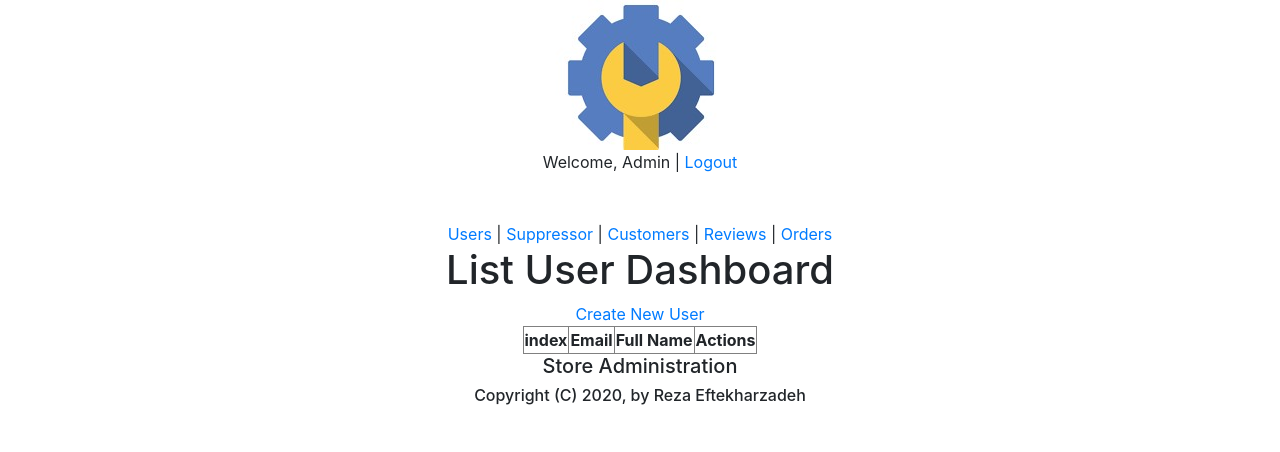
Repository: RezaEftekharzadeh/frey
Page: http://localhost/SilencerStoreProject/admin/user_list.jsp
The author's editor kept a copy of each file at every save. The page is drawn from the files as they stood at one save, then again after the next save.
The browser window is 1280 px wide. The pictures show the whole page.
The page is served by Tomcat 9. Nobody is signed in. The application's start-up code is not run. Other server files are loaded and not shown.

Above is the page before, as saved 2020-07-17 11:47:41.

### SilencerStoreProject/WebContent/admin/user_list.jsp
<%@ page language="java" contentType="text/html; charset=ISO-8859-1"
    pageEncoding="ISO-8859-1"%>
    <%@ taglib prefix="c" uri="http://java.sun.com/jsp/jstl/core" %>
<!DOCTYPE html>
<html>
<head>
 <link rel="stylesheet" href="https://stackpath.bootstrapcdn.com/bootstrap/4.3.1/css/bootstrap.min.css" integrity="sha384-ggOyR0iXCbMQv3Xipma34MD+dH/1fQ784/j6cY/iJTQUOhcWr7x9JvoRxT2MZw1T" crossorigin="anonymous">
<meta charset="ISO-8859-1">
<title>List Users page</title>
</head>
<body>
	<jsp:include page="header.jsp" />
	<div align="center">
	     <h1>List User Dashboard</h1>
	     <a href="create">Create New User</a>
    </div>

	<div align="center">
		<table border="1">
			<tr>
				<th>index</th>
				<th>Email</th>
				<th>Full Name</th>
				<th>Actions

				</th>
			</tr>
			<c:forEach var="user" items="${listUser}" varStatus="status">
				<tr>
					<td>${status.index+1}</td>
					<td>${user.email}</td>
					<td>${user.fullName}</td>
					<td>
						<a href="">Edith</a>
						<a href="">Delete</a>
					</td>


				</tr>

			</c:forEach>

		</table>

	</div>

     <jsp:include page="footer.jsp" />
</body>
</html>

### SilencerStoreProject/WebContent/admin/header.jsp
<div align="center">

	<div >
		 <img src="../images/admin-page.jpg">
	</div>

	<div >
	  Welcome, Admin | <a href="logout">Logout</a>
	</div>
	<br><br>

	<div>
		<a href="list_users">Users</a> |
		<a href="suppressor">Suppressor</a> |
		<a href="customers">Customers</a> |
		<a href="reviews">Reviews</a> |
		<a href="orders">Orders</a>
	</div>
</div>

### SilencerStoreProject/WebContent/admin/footer.jsp

<div align="center">

 <h5>Store Administration</h5>
 <h6> Copyright (C) 2020, by Reza Eftekharzadeh</h6>



</div>

After the next save:
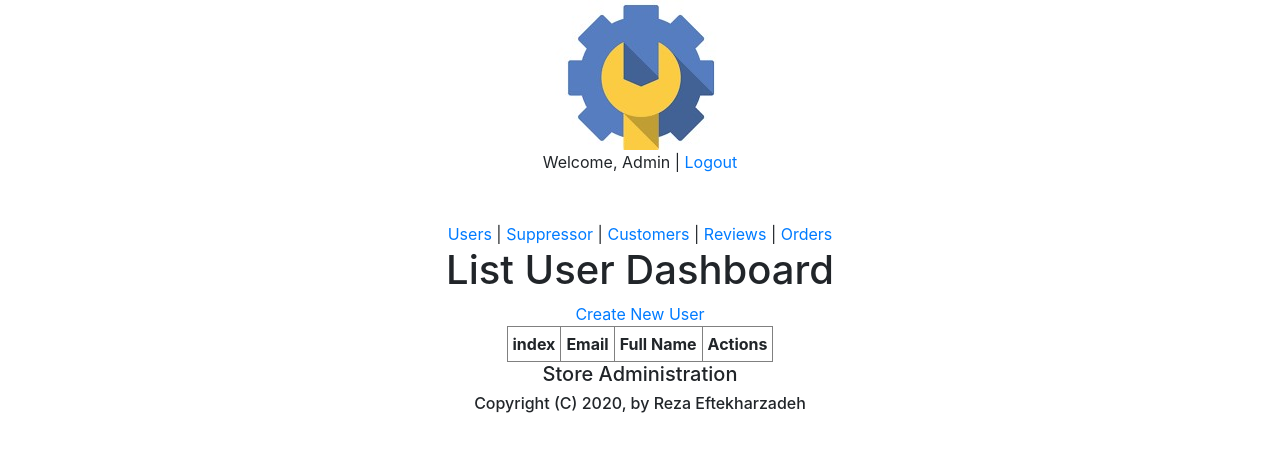
Saved 2 min 42 s later.
--- a/SilencerStoreProject/WebContent/admin/user_list.jsp
+++ b/SilencerStoreProject/WebContent/admin/user_list.jsp
@@ -16,7 +16,7 @@
     </div>
 
 	<div align="center">
-		<table border="1">
+		<table border="1" cellPadding="5">
 			<tr>
 				<th>index</th>
 				<th>Email</th>
